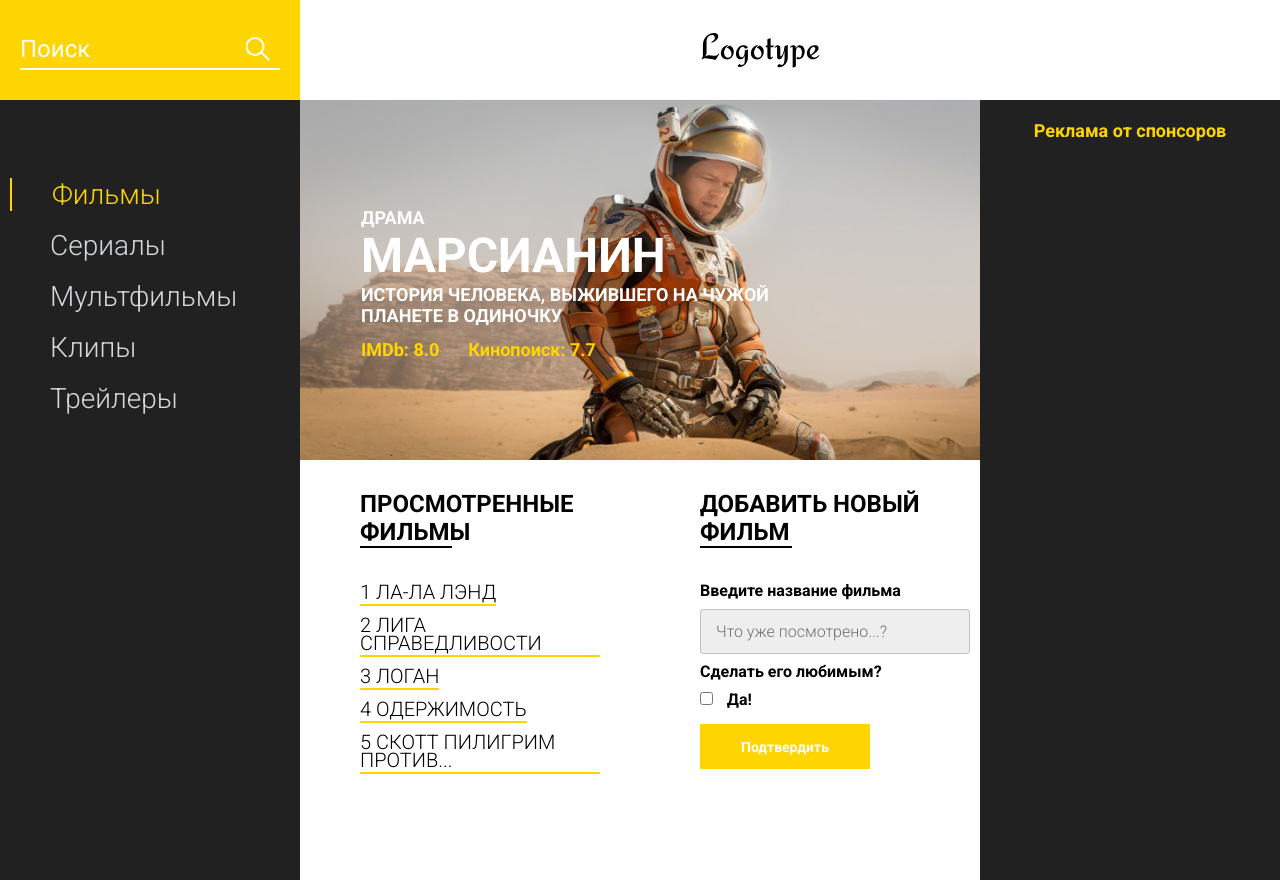
Repository: armus503/practice.-using-events-on-the-project-page
Page: index.html
An editor plug-in stored every save of this project. The page is shown before and after the next save, followed by the edit.
The browser window is 1280 px wide. The pictures show the whole page.

Above is the page before, as saved 2021-09-03 23:37:19.

### index.html
<!DOCTYPE html>
<html lang="en">

<head>
    <meta charset="UTF-8">
    <meta name="viewport" content="width=device-width, initial-scale=1.0">
    <title>Movie DB</title>
    <link href="https://fonts.googleapis.com/css?family=Roboto:300,400,700&display=swap&subset=cyrillic-ext" rel="stylesheet">
    <link rel="stylesheet" href="css/style.min.css">
</head>

<body>
    <header class="header">
        <div class="header__search">
            <form action="#">
                <input type="text" placeholder="Поиск">
            </form>
        </div>
        <div class="header__logo">
            <img src="icons/Logotype.svg" alt="logo">
        </div>
    </header>
    <main class="promo">
        <div class="promo__menu">
            <nav class="promo__menu-list">
                <ul>
                    <li><a class="promo__menu-item promo__menu-item_active" href="#">Фильмы</a></li>
                    <li><a class="promo__menu-item" href="#">Сериалы</a></li>
                    <li><a class="promo__menu-item" href="#">Мультфильмы</a></li>
                    <li><a class="promo__menu-item" href="#">Клипы</a></li>
                    <li><a class="promo__menu-item" href="#">Трейлеры</a></li>
                </ul>
            </nav>
        </div>
        <div class="promo__content">
            <div class="promo__bg">
                <div class="promo__genre">КОМЕДИЯ</div>
                <div class="promo__title">МАРСИАНИН</div>
                <div class="promo__descr">ИСТОРИЯ ЧЕЛОВЕКА, ВЫЖИВШЕГО НА ЧУЖОЙ ПЛАНЕТЕ В ОДИНОЧКУ</div>
                <div class="promo__ratings">
                    <span>IMDb: 8.0</span>
                    <span>Кинопоиск: 7.7</span>
                </div>
            </div>
            <div class="promo__interactive">
                <div>
                    <div class="promo__interactive-title">ПРОСМОТРЕННЫЕ ФИЛЬМЫ</div>
                    <ul class="promo__interactive-list">
                        <li class="promo__interactive-item">ЛОГАН
                            <div class="delete"></div>
                        </li>
                        <li class="promo__interactive-item">ЛИГА СПРАВЕДЛИВОСТИ
                            <div class="delete"></div>
                        </li>
                        <li class="promo__interactive-item">ЛА-ЛА ЛЭНД
                            <div class="delete"></div>
                        </li>
                        <li class="promo__interactive-item">ОДЕРЖИМОСТЬ
                            <div class="delete"></div>
                        </li>
                        <li class="promo__interactive-item">СКОТТ ПИЛИГРИМ ПРОТИВ...
                            <div class="delete"></div>
                        </li>
                    </ul>
                </div>
                <div>
                    <form class="add">
                        <div class="promo__interactive-title">ДОБАВИТЬ НОВЫЙ ФИЛЬМ</div>
                        <span>Введите название фильма</span>
                        <input class="adding__input" type="text" placeholder="Что уже посмотрено...?">
                        <span>Сделать его любимым?</span>
                        <input type="checkbox">
                        <span class="yes">Да!</span>
                        <button>Подтвердить</button>
                    </form>
                </div>
            </div>
        </div>
        <div class="promo__adv">
            <div class="promo__adv-title">Реклама от спонсоров</div>
            <img src="img/content_1.jpg" alt="some picture">
            <img src="img/content_2.jpg" alt="some picture">
            <img src="img/content_3.png" alt="some picture">
        </div>
    </main>

    <script src="js/script.js"></script>
</body>

</html>

### js/script.js
/* Задания на урок:

1) Реализовать функционал: после заполнения формы и нажатия кнопки "Подтвердить" -
новый фильм добавляется в список. Страница не должна перезагружаться.
Новый фильм должен добавляться в movieDB.movies.
Для получения доступа к значению input - обращаемся к нему как input.value;
P.S. Здесь есть несколько вариантов решения задачи, принимается любой, но рабочий.

2) Если название фильма больше, чем 21 символ - обрезать его и добавить три точки

3) При клике на мусорную корзину - элемент будет удаляться из списка (сложно)

4) Если в форме стоит галочка "Сделать любимым" - в консоль вывести сообщение:
"Добавляем любимый фильм"

5) Фильмы должны быть отсортированы по алфавиту */

'use strict';

const movieDB = {
    movies: [
        "Логан",
        "Лига справедливости",
        "Ла-ла лэнд",
        "Одержимость",
        "Скотт Пилигрим против..."
    ]
};

const avdImg = document.querySelectorAll('.promo__adv img'), //вызов списка с рекламой
    promoBg = document.querySelector('.promo__bg'), //получаем элемент для блока с фоном
    promoGenre = promoBg.querySelector('.promo__genre'), //извлекаем элемент из блока с фоном
    promoInteractiveList = document.querySelector('.promo__interactive-list'), //извлекаем элемент(родителя у списка)
    formForUser = document.querySelector('.add'), //получаем элемент отправки формы
    buttonFormUser = formForUser.querySelector('button'); //получаем кнопку отправки формы

avdImg.forEach(item => { //перебор элементов списка и удаление по одному
    item.remove(); //вместо стрелочной Ф можно использовать безимянную
});
promoGenre.textContent = 'ДРАМА'; //заменяем текст в документе
promoBg.style.backgroundImage = 'url("/img/bg.jpg")'; //заменяем фоновую картинку
promoInteractiveList.innerHTML = ""; //в элемент записываем пустой массив(удаляем предыдущий список)
movieDB.movies.sort(); //сортируем список по алфавиту

movieDB.movies.forEach((film, i) => { //список берем из базы данных movieDB и при помощи св-ва innerHtml добавляем динамически элементы друг за другом
    promoInteractiveList.innerHTML += `
    <li class="promo__interactive-item">${i + 1} ${film}
        <div class="delete"></div>
    </li>
    `; //элементы формируется динамически i- номер элемента по порядку, film - фильм из списка
}); // перечисление элементов идет при помощи св-ва forEach

buttonFormUser.addEventListener('click', () => {
    alert('!');
})

Loaded but not shown: css/style.min.css (library)

After the next save:
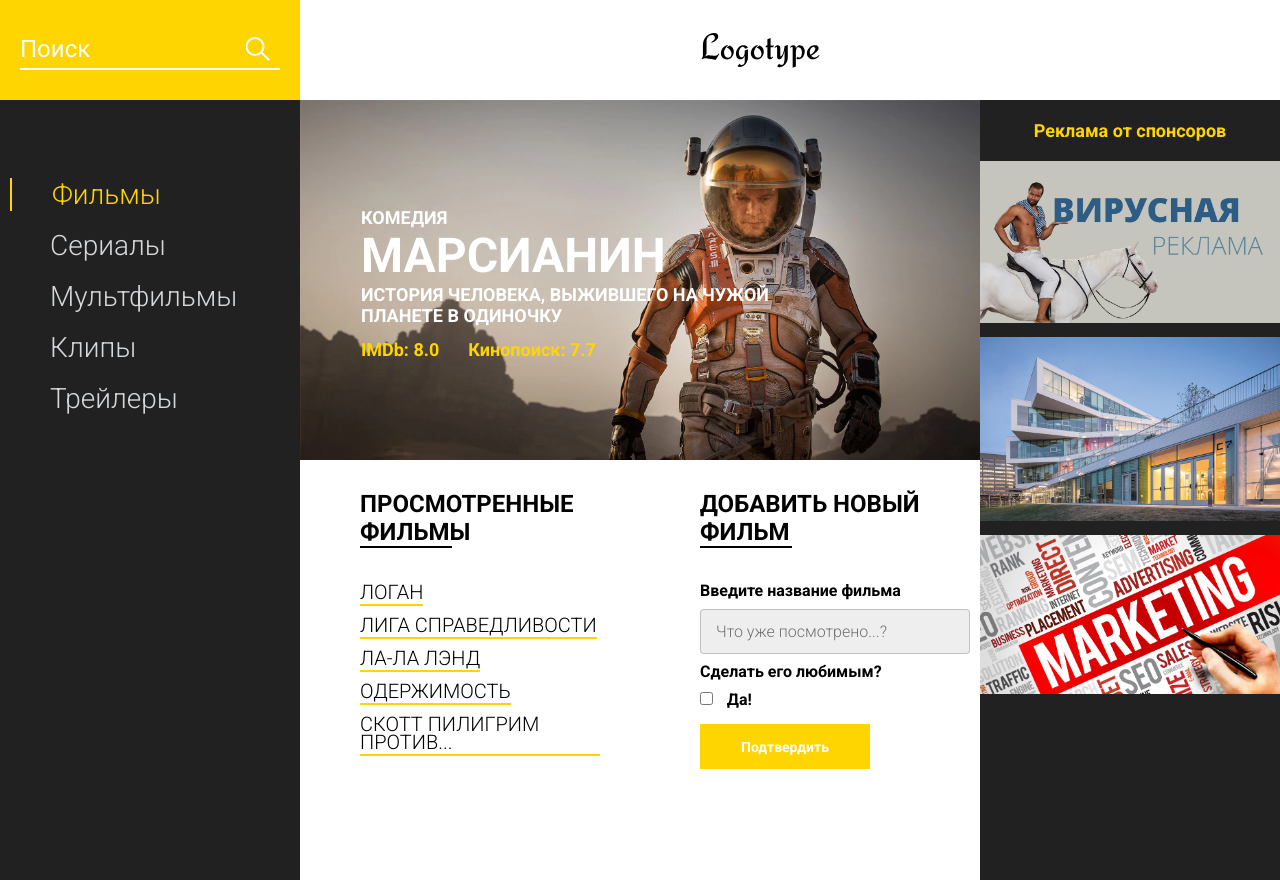
Console error: SyntaxError: Identifier 'avdImg' has already been declared
Saved 63 s later.
--- a/js/script.js
+++ b/js/script.js
@@ -32,11 +32,12 @@
     promoGenre = promoBg.querySelector('.promo__genre'), //извлекаем элемент из блока с фоном
     promoInteractiveList = document.querySelector('.promo__interactive-list'), //извлекаем элемент(родителя у списка)
     formForUser = document.querySelector('.add'), //получаем элемент отправки формы
-    buttonFormUser = formForUser.querySelector('button'); //получаем кнопку отправки формы
+    buttonFormUser = formForUser.querySelector('button'), //получаем кнопку отправки формы
 
-avdImg.forEach(item => { //перебор элементов списка и удаление по одному
-    item.remove(); //вместо стрелочной Ф можно использовать безимянную
-});
+
+    avdImg.forEach(item => { //перебор элементов списка и удаление по одному
+        item.remove(); //вместо стрелочной Ф можно использовать безимянную
+    });
 promoGenre.textContent = 'ДРАМА'; //заменяем текст в документе
 promoBg.style.backgroundImage = 'url("/img/bg.jpg")'; //заменяем фоновую картинку
 promoInteractiveList.innerHTML = ""; //в элемент записываем пустой массив(удаляем предыдущий список)

After the 2 saves that followed:
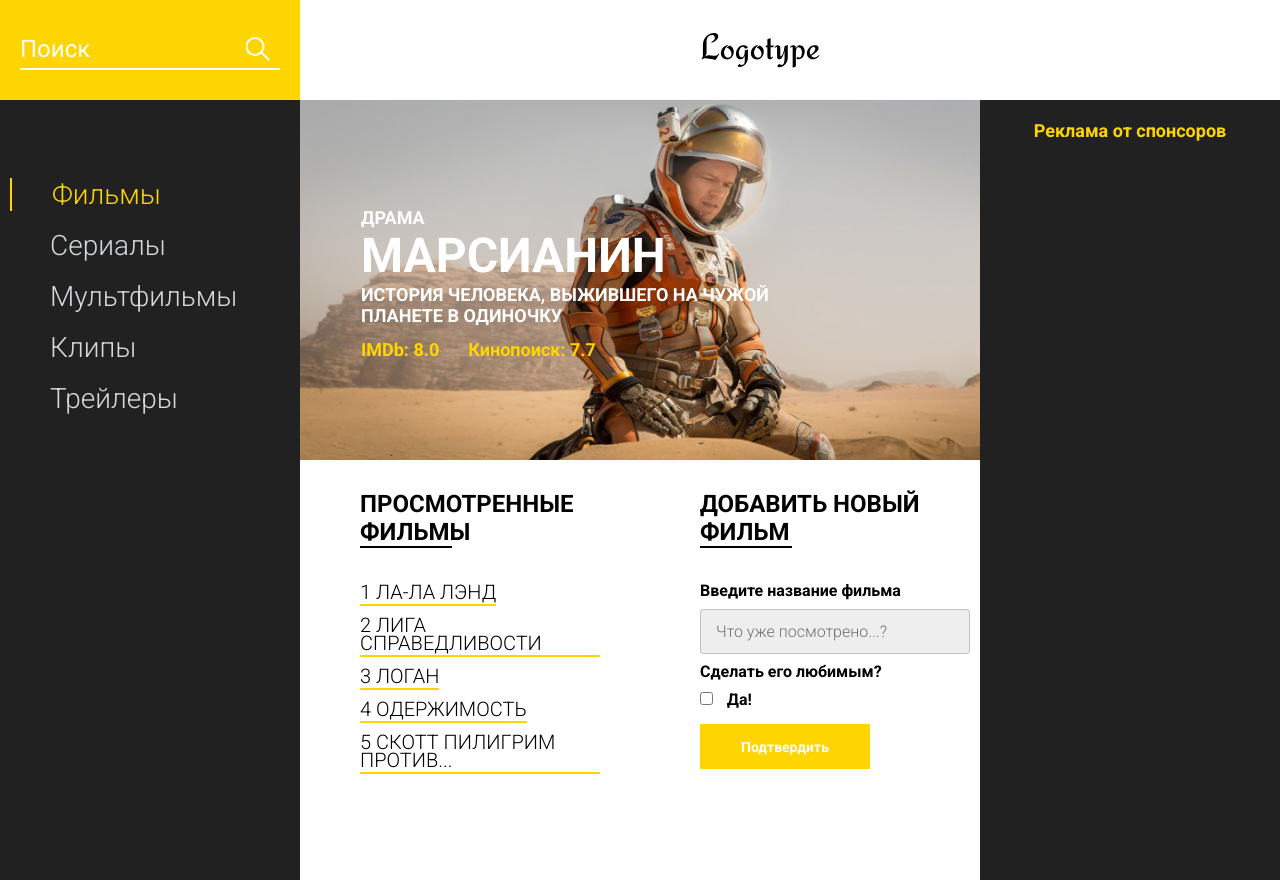
The error is gone.
The 2 saves are shown as one change because 1 left the picture as it was.
The last was saved 8 min 18 s later.
--- a/js/script.js
+++ b/js/script.js
@@ -33,11 +33,11 @@
     promoInteractiveList = document.querySelector('.promo__interactive-list'), //извлекаем элемент(родителя у списка)
     formForUser = document.querySelector('.add'), //получаем элемент отправки формы
     buttonFormUser = formForUser.querySelector('button'), //получаем кнопку отправки формы
+    inputFilmName = formForUser.querySelector('.adding__input'); //получаем ввод название фильма
 
-
-    avdImg.forEach(item => { //перебор элементов списка и удаление по одному
-        item.remove(); //вместо стрелочной Ф можно использовать безимянную
-    });
+avdImg.forEach(item => { //перебор элементов списка и удаление по одному
+    item.remove(); //вместо стрелочной Ф можно использовать безимянную
+});
 promoGenre.textContent = 'ДРАМА'; //заменяем текст в документе
 promoBg.style.backgroundImage = 'url("/img/bg.jpg")'; //заменяем фоновую картинку
 promoInteractiveList.innerHTML = ""; //в элемент записываем пустой массив(удаляем предыдущий список)
@@ -52,5 +52,5 @@
 }); // перечисление элементов идет при помощи св-ва forEach
 
 buttonFormUser.addEventListener('click', () => {
-    alert('!');
-})
+    alert();
+});
